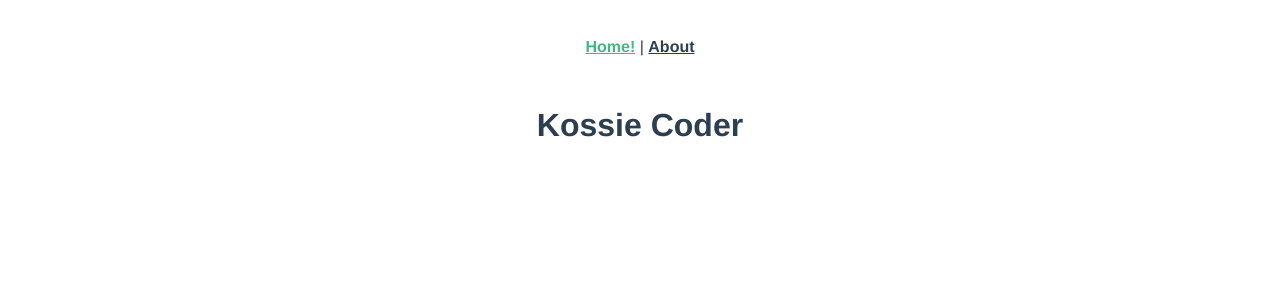
Repository: RyuGeunHwan/code_J
Page: / (app in hello-word/)
The author's editor kept a copy of each file at every save. The page is drawn from the files as they stood at one save, then again after the next save.
The browser window is 1280 px wide. The pictures show the whole page.
The project was rebuilt for these pictures with package versions that can differ from the ones it lists, and the page was loaded fresh each time.

Above is the page before, as saved 2022-08-10 16:09:11.

### hello-word/src/main.js
import Vue from 'vue'
import App from './App.vue'
import router from './router'
import store from './store'

Vue.config.productionTip = false


new Vue({
  router,
  store,
  render: h => h(App)
}).$mount('#app')

### hello-word/src/App.vue
<template>
  <div id="app">
    <div id="nav">
      <router-link to="/">Home!</router-link> |
      <router-link to="/about">About</router-link>
    </div>
    <router-view/>
  </div>
</template>

<style>
#app {
  font-family: Avenir, Helvetica, Arial, sans-serif;
  -webkit-font-smoothing: antialiased;
  -moz-osx-font-smoothing: grayscale;
  text-align: center;
  color: #2c3e50;
}

#nav {
  padding: 30px;
}

#nav a {
  font-weight: bold;
  color: #2c3e50;
}

#nav a.router-link-exact-active {
  color: #42b983;
}
</style>

### hello-word/src/views/Home.vue
<template>
  <div class="home">
    <img alt="Vue logo" src="../assets/logo.png">
    <HelloWorld msg="Welcome to Your Vue.js App"/>
  </div>
</template>

<script>
// @ is an alias to /src
import HelloWorld from '@/components/HelloWorld.vue'

export default {
  name: 'Home',
  components: {
    HelloWorld
  }
}
</script>


<template>
<div>
  <h1>Kossie Coder</h1>
</div>
</template>
<script>
export default{


}
</script>

<style scoped>

</style>

Loaded but not shown: hello-word/public/index.html (common file); hello-word/src/router/index.js (common file); hello-word/src/store/index.js (common file)

After the next save:
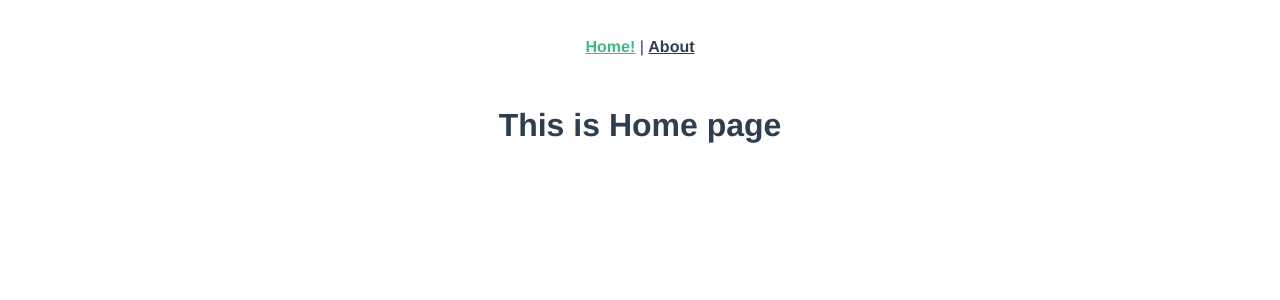
Saved 93 s later.
--- a/hello-word/src/views/Home.vue
+++ b/hello-word/src/views/Home.vue
@@ -1,28 +1,9 @@
 <template>
-  <div class="home">
-    <img alt="Vue logo" src="../assets/logo.png">
-    <HelloWorld msg="Welcome to Your Vue.js App"/>
+  <div>
+    <h1>This is Home page</h1>
   </div>
 </template>
 
-<script>
-// @ is an alias to /src
-import HelloWorld from '@/components/HelloWorld.vue'
-
-export default {
-  name: 'Home',
-  components: {
-    HelloWorld
-  }
-}
-</script>
-
-
-<template>
-<div>
-  <h1>Kossie Coder</h1>
-</div>
-</template>
 <script>
 export default{
 
